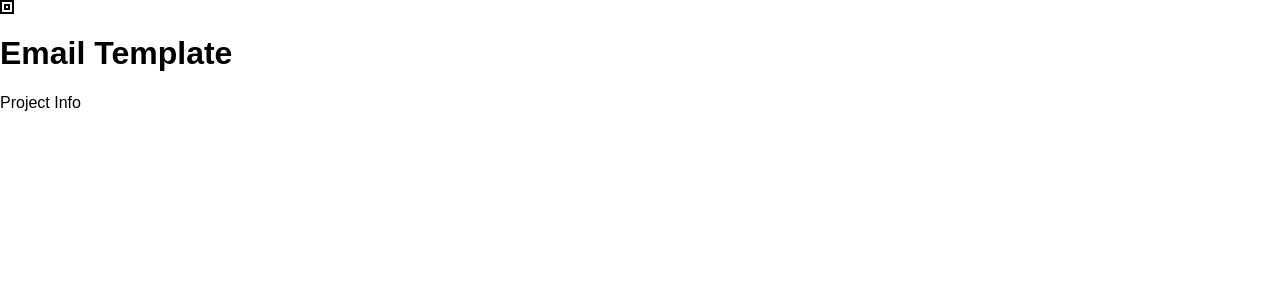
Repository: MikeeBuilds/email-template
Page: index.html
An editor plug-in stored every save of this project. The page is shown before and after the next save, followed by the edit.
The browser window is 1280 px wide. The pictures show the whole page.

Above is the page before, as saved 2022-11-21 15:37:10.

After the next save:
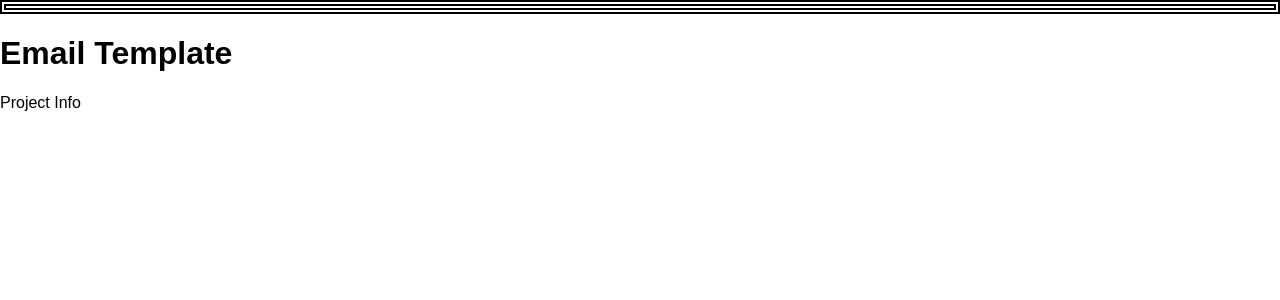
Saved 4 s later.
--- a/index.html
+++ b/index.html
@@ -25,7 +25,7 @@
             }
             </style>
 <body style="margin: 0; padding: 0;">
-    <table role="presentation" style="width: 100;">
+    <table role="presentation" style="width: 100%;">
         <tr>
             <td>
 
